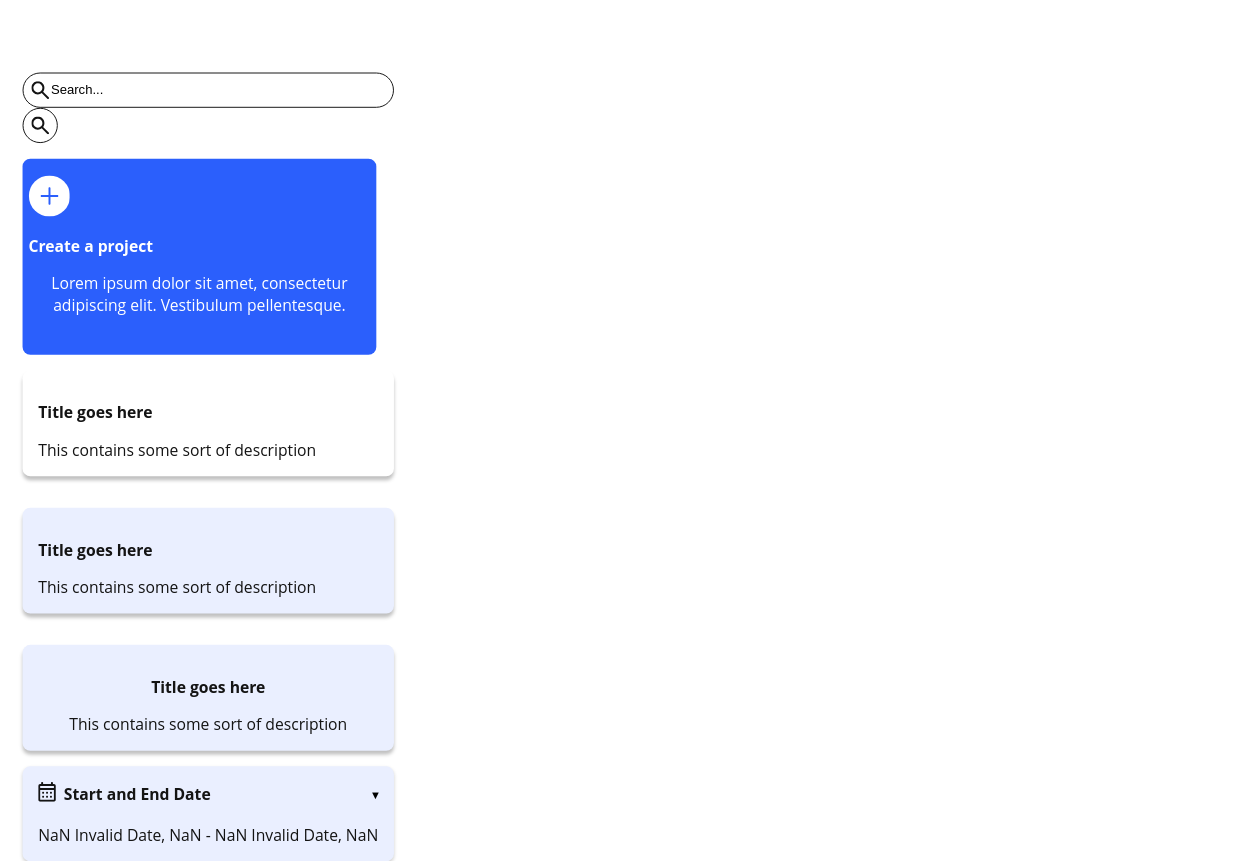
Repository: brunaguarizo/mosaic_app
Page: /
The author's editor kept a copy of each file at every save. The page is drawn from the files as they stood at one save, then again after the next save.
The browser window is 1280 px wide. The pictures show the whole page, at 98% of full size.
The project was rebuilt for these pictures with package versions that can differ from the ones it lists, and the page was loaded fresh each time. The framework's server and built-in components were replaced by stand-ins that run in the browser. Also part of the build but not shown: next.config.mjs, app/_ui/navbar/navbar.js, app/_ui/Button/Button.js, app/_ui/Tag/Tag.js, app/_ui/Project_card/Project_card.js, app/_ui/Date_PopUp/Date_PopUp.module.css, app/_ui/Date_PopUp/Date_PopUp.js.

Above is the page before, as saved 2025-04-18 19:05:28.

### app/globals.css
/* ------------------------------------------------------ GENERAL STYLES ------------------------------------------------------ */
*,
*::before,
*::after {
    box-sizing: inherit;
}

html,
body {
    padding: 0;
    margin: 0;
    font-family: var(--font-family);
    box-sizing: border-box;
}

html {
    display: flex;
    justify-content: center;
    align-items: center;
    width: 393px;
    height: 100%;
    margin: var(--space-regular);
}

.container {
}

.two-column {
    display: grid;
    grid-template-columns: 1fr 1fr;
    gap: var(--space-large);
}

/* ------------------------------------------------------ VARIABLES ------------------------------------------------------ */
:root {
    /* ----- COLORS ----- */
    --blue-primary: rgb(43, 95, 252);
    --blue-50: rgb(234, 239, 255);
    --blue-900: rgb(18, 40, 106);
    --white: #ffffff;
    --black: rgb(20, 20, 20);
    --grey-400: rgb(67, 67, 67);
    --yellow-secondary: rgb(255, 218, 1);
    --orange-secondary: rgb(255, 94, 9);
    --green-secondary: rgb(0, 193, 79);
    --purple-secondary: rgb(154, 65, 255);

    /* ----- TYPE ----- */
    --font-family: "Open Sans", sans-serif;

    --header-xxlarge-size: 88px;
    --title-section-font-size: 30px;
    --button-font-size: 24px;
    --body-text-font-size: 20px;
    --menu-font-size: 16px;
    --label-font-size: 12px;

    --font-style-normal: normal;
    --font-weight-bold: bold;

    --line-height-xxlarge: 100px;
    --line-height-large: 36px;
    --line-height-medium: 28px;
    --line-height-small: 20px;

    /* ----- SPACING ----- */
    --space-small: 8px;
    --space-regular: 16px;
    --space-medium: 32px;
    --space-large: 48px;
    --space-extra-large: 140px;
}

### app/page.module.css
/* NEW PAGE STYLES */
.container {
    margin-top: 200px;
    display: flex;
    flex-direction: column;
}
/* ------------------------ */

.page {
    --gray-rgb: 0, 0, 0;
    --gray-alpha-200: rgba(var(--gray-rgb), 0.08);
    --gray-alpha-100: rgba(var(--gray-rgb), 0.05);

    --button-primary-hover: #383838;
    --button-secondary-hover: #f2f2f2;

    display: grid;
    grid-template-rows: 20px 1fr 20px;
    align-items: center;
    justify-items: center;
    min-height: 100svh;
    padding: 80px;
    gap: 64px;
    font-family: var(--font-geist-sans);
}

@media (prefers-color-scheme: dark) {
    .page {
        --gray-rgb: 255, 255, 255;
        --gray-alpha-200: rgba(var(--gray-rgb), 0.145);
        --gray-alpha-100: rgba(var(--gray-rgb), 0.06);

        --button-primary-hover: #ccc;
        --button-secondary-hover: #1a1a1a;
    }
}

.main {
    display: flex;
    flex-direction: column;
    gap: 32px;
    grid-row-start: 2;
}

.main ol {
    font-family: var(--font-geist-mono);
    padding-left: 0;
    margin: 0;
    font-size: 14px;
    line-height: 24px;
    letter-spacing: -0.01em;
    list-style-position: inside;
}

.main li:not(:last-of-type) {
    margin-bottom: 8px;
}

.main code {
    font-family: inherit;
    background: var(--gray-alpha-100);
    padding: 2px 4px;
    border-radius: 4px;
    font-weight: 600;
}

.ctas {
    display: flex;
    gap: 16px;
}

.ctas a {
    appearance: none;
    border-radius: 128px;
    height: 48px;
    padding: 0 20px;
    border: none;
    border: 1px solid transparent;
    transition: background 0.2s, color 0.2s, border-color 0.2s;
    cursor: pointer;
    display: flex;
    align-items: center;
    justify-content: center;
    font-size: 16px;
    line-height: 20px;
    font-weight: 500;
}

a.primary {
    background: var(--foreground);
    color: var(--background);
    gap: 8px;
}

a.secondary {
    border-color: var(--gray-alpha-200);
    min-width: 158px;
}

.footer {
    grid-row-start: 3;
    display: flex;
    gap: 24px;
}

.footer a {
    display: flex;
    align-items: center;
    gap: 8px;
}

.footer img {
    flex-shrink: 0;
}

/* Enable hover only on non-touch devices */
@media (hover: hover) and (pointer: fine) {
    a.primary:hover {
        background: var(--button-primary-hover);
        border-color: transparent;
    }

    a.secondary:hover {
        background: var(--button-secondary-hover);
        border-color: transparent;
    }

    .footer a:hover {
        text-decoration: underline;
        text-underline-offset: 4px;
    }
}

@media (max-width: 600px) {
    .page {
        padding: 32px;
        padding-bottom: 80px;
    }

    .main {
        align-items: center;
    }

    .main ol {
        text-align: center;
    }

    .ctas {
        flex-direction: column;
    }

    .ctas a {
        font-size: 14px;
        height: 40px;
        padding: 0 16px;
    }

    a.secondary {
        min-width: auto;
    }

    .footer {
        flex-wrap: wrap;
        align-items: center;
        justify-content: center;
    }
}

@media (prefers-color-scheme: dark) {
    .logo {
        filter: invert();
    }
}

### app/_ui/navbar/navbar.module.css

.nav {
    width: 393px;
    height: 72px;
    justify-content: center;
    align-items: center;
    display: flex;
    flex-direction: row;
    padding: 0;
    margin: 0;
    gap: var(--space-large);
    border-top: 1px solid var(--grey-50);
}

.navbar__item {
    display: flex;
    flex-direction: column;
    justify-content: center;
    align-items: center;
    gap: 4px;
    text-decoration: none;
    width: 60px;
    height: 44px;
    padding-left: 32px;
    padding-right: 32px;
    margin: 0;
}

.navbar__icon {
    max-width: 16px;
    padding: 0;
    margin: 0;
    fill: var(--black);
}

.navbar__text {
    color: var(--black);
    font-size: var(--label-font-size);
    font-weight: var(--font-weight-400);
    line-height: var(--line-height-small);
    text-decoration: none;
    padding: 0;
    margin: 0;
}

.navbar__item:hover .navbar__text,
.navbar__item:hover .navbar__icon,
.navbar__item:active .navbar__text,
.navbar__item:active .navbar__icon {
  color: var(--blue-primary);
  fill: var(--blue-primary);
}

/* ------------------------------------------------------ VARIABLES ------------------------------------------------------ */
:root {
    /* ----- COLORS ----- */
    --blue-primary: rgb(43,95,252);
    --blue-50: rgb(234, 239, 255);
    --blue-900: rgb(18, 40, 106);
    --white: #FFFFFF;
    --grey-50: #E8E8E8;
    --black: rgb(20, 20, 20);
    --grey-400: rgb(67, 67, 67);
    --yellow-secondary: rgb(255, 218, 1);
    --orange-secondary: rgb(255, 94, 9);
    --green-secondary: rgb(0, 193, 79);
    --purple-secondary: rgb(154, 65, 255);

    /* ----- TYPE ----- */
    --font-family: "Open Sans", sans-serif;

    --header-xxlarge-size: 88px;
    --title-section-font-size: 30px;
    --button-font-size: 24px;
    --body-text-font-size: 20px;
    --menu-font-size: 16px;
    --label-font-size: 12px;

    --font-style-normal: normal;
    --font-weight-bold: bold;

    --line-height-xxlarge: 100px;
    --line-height-large: 36px;
    --line-height-medium: 28px;
    --line-height-small: 20px;

    /* ----- SPACING ----- */
    --space-small: 8px;
    --space-regular: 16px;
    --space-medium: 32px;
    --space-large: 48px;
    --space-extra-large: 88px;
  }

### app/_ui/Project_card/Project_card.module.css
.card__container {
    display: flex;
    flex-direction: column;
    justify-content: center;
    align-items: center;
    background-color: var(--blue-50);
    border-radius: var(--space-small);
    padding: var(--space-regular);
    gap: var(--space-regular);
}

.card__menu {
    width: 100%;
    display: flex;
    justify-content: flex-end;
    padding: 0;
    margin: 0;
}

.card__icon {
    fill: var(--blue-primary);
    padding: 0;
    margin: 0;

    &:hover {
        fill: var(--blue-900);
    }
}

.card__title {
    font-family: var(--font-family);
    font-size: var(--font-size-regular);
    font-weight: var(--font-weight-bold);
    color: var(--black);
    padding: 0;
    margin: 0;
}

.card__text {
    font-family: var(--font-family);
    font-size: var(--font-size-small);
    font-weight: var(--font-weight-regular);
    color: var(--black);
    text-align: center;
    padding: 0;
    margin: 0;
    max-width: 220px;
}

.date {
    display: flex;
    align-items: center;
    gap: var(--space-small);
    padding: 0;
    margin: 0;
}

.date__icon {
    fill: var(--black);
    padding: 0;
    margin: 0;
}

/* ------------------------------------------------------ VARIABLES ------------------------------------------------------ */
:root {
    /* ----- COLORS ----- */
    --blue-primary: rgb(43, 95, 252);
    --blue-50: rgb(234, 239, 255);
    --blue-100: #bdcdfe;
    --blue-900: rgb(18, 40, 106);
    --white: #ffffff;
    --black: rgb(20, 20, 20);
    --grey-400: rgb(67, 67, 67);
    --yellow-secondary: rgb(255, 218, 1);
    --orange-secondary: rgb(255, 94, 9);
    --green-secondary: rgb(0, 193, 79);
    --purple-secondary: rgb(154, 65, 255);

    /* ----- TYPE ----- */
    --font-family: "Open Sans", sans-serif;

    --font-size-extra-large: 30px;
    --font-size-large: 24px;
    --font-size-medium: 20px;
    --font-size-regular: 16px;
    --font-size-small: 12px;

    --font-style-normal: normal;
    --font-weight-bold: bold;

    --line-height-xxlarge: 100px;
    --line-height-large: 36px;
    --line-height-medium: 28px;
    --line-height-small: 20px;

    /* ----- SPACING ----- */
    --space-small: 8px;
    --space-regular: 16px;
    --space-medium: 32px;
    --space-large: 48px;
    --space-extra-large: 140px;
}

### app/_ui/Button/Button.module.css
.button {
    font-family: var(--font-family);
    font-size: var(--font-size-regular);
    font-weight: var(--font-weight-bold);
    width: 100%;
    padding-top: var(--space-small);
    padding-left: var(--space-regular);
    padding-right: var(--space-regular);
    padding-bottom: var(--space-small);
    border-radius: 100px;
    align-items: center;
    border: none;

    &:hover {
        background-color: var(--blue-900);
        color: var(--white);
    }
}

.primary {
    background: var(--blue-primary);
    color: var(--white);
}

.secondary {
    background-color: var(--white);
    border: 1px solid var(--blue-primary);
    color: var(--blue-primary);
}

.disabled {
    pointer-events: none;
    color: var(--white);
    background-color: var(--blue-100);
}

.small {
    font-size: var(--font-size-small);
    padding: var(--space-small);
    align-items: center;
}

.large {
    font-size: var(--font-size-large);
    padding: var(--space-regular);
}

.error {
    background-color: var(--orange-secondary);
}

/* ------------------------------------------------------ VARIABLES ------------------------------------------------------ */
:root {
    /* ----- COLORS ----- */
    --blue-primary: rgb(43, 95, 252);
    --blue-50: rgb(234, 239, 255);
    --blue-100: #bdcdfe;
    --blue-900: rgb(18, 40, 106);
    --white: #ffffff;
    --black: rgb(20, 20, 20);
    --grey-400: rgb(67, 67, 67);
    --yellow-secondary: rgb(255, 218, 1);
    --orange-secondary: rgb(255, 94, 9);
    --green-secondary: rgb(0, 193, 79);
    --purple-secondary: rgb(154, 65, 255);

    /* ----- TYPE ----- */
    --font-family: "Open Sans", sans-serif;

    --font-size-extra-large: 30px;
    --font-size-large: 24px;
    --font-size-medium: 20px;
    --font-size-regular: 16px;
    --font-size-small: 12px;

    --font-style-normal: normal;
    --font-weight-bold: bold;

    --line-height-xxlarge: 100px;
    --line-height-large: 36px;
    --line-height-medium: 28px;
    --line-height-small: 20px;

    /* ----- SPACING ----- */
    --space-small: 8px;
    --space-regular: 16px;
    --space-medium: 32px;
    --space-large: 48px;
    --space-extra-large: 140px;
}

### app/_ui/Date_Card/Date_Card.module.css
.card {
    background-color: var(--blue-50);
    border-radius: var(--space-small);
    padding: var(--space-regular);
    gap: var(--space-regular);
    box-shadow: 0 2px 4px rgba(0, 0, 0, 0.2);
    font-family: var(--font-family);
    cursor: pointer;
    display: flex;
    flex-direction: column;
    width: fit-content;
}

.header {
    display: flex;
    align-items: center;
    gap: var(--space-small);
    font-size: var(--font-size-regular);
    font-weight: var(--font-weight-bold);
    color: var(--black);
}

.label {
    flex-grow: 1;
}

.arrow {
    font-size: var(--font-size-small);
    color: black;
}

.arrow:hover {
    font-size: var(--font-size-small);
    color: var(--blue-primary);
}

.dateRange {
    margin-top: 2px;
    font-size: var(--font-size-regular);
    color: var(--black);
}

/* ------------------------------------------------------ VARIABLES ------------------------------------------------------ */
:root {
    /* ----- COLORS ----- */
    --blue-primary: rgb(43, 95, 252);
    --blue-50: rgb(234, 239, 255);
    --blue-100: #bdcdfe;
    --blue-900: rgb(18, 40, 106);
    --white: #ffffff;
    --black: rgb(20, 20, 20);
    --grey-400: rgb(67, 67, 67);
    --yellow-secondary: rgb(255, 218, 1);
    --orange-secondary: rgb(255, 94, 9);
    --green-secondary: rgb(0, 193, 79);
    --purple-secondary: rgb(154, 65, 255);

    /* ----- TYPE ----- */
    --font-family: "Open Sans", sans-serif;

    --font-size-extra-large: 30px;
    --font-size-large: 24px;
    --font-size-medium: 20px;
    --font-size-regular: 16px;
    --font-size-small: 12px;

    --font-style-normal: normal;
    --font-weight-bold: bold;

    --line-height-xxlarge: 100px;
    --line-height-large: 36px;
    --line-height-medium: 28px;
    --line-height-small: 20px;

    /* ----- SPACING ----- */
    --space-small: 8px;
    --space-regular: 16px;
    --space-medium: 32px;
    --space-large: 48px;
    --space-extra-large: 140px;
}

### app/_ui/Create_Project_Button/Create_Project_Button.module.css
.button_background {
    background-color: var(--blue-primary);
    border-radius: var(--space-small);
    border: none;
    width: 361px;
    height: 200px;
    display: flex;
    flex-direction: column;
    margin-top: var(--space-regular);
}

.button_icon {
    width: 42px;
    height: 42px;
    align-self: center;
    box-sizing: content-box;
    margin-top: var(--space-regular);
}

.button_heading {
    text-align: center;
    font-family: "Open Sans", sans-serif;
    font-size: var(--menu-font-size);
    font-weight: var(--font-weight-bold);
    color: white;
    padding: 0px;
    border: 0px;
    margin-top: var(--space-regular);
    margin-bottom: 0px;
}

.button_description {
    font-family: "Open Sans", sans-serif;
    font-size: var(--menu-font-size);
    font-style: var(--font-weight-normal);
    color: white;
    border: 0px;
    padding: 0px;
    margin-top: var(--space-regular);
    margin-bottom: 0px;
}
/* ------------------------------------------------------ VARIABLES ------------------------------------------------------ */
:root {
    /* ----- COLORS ----- */
    --blue-primary: rgb(43, 95, 252);
    --blue-50: rgb(234, 239, 255);
    --blue-900: rgb(18, 40, 106);
    --white: #ffffff;
    --grey-50: #e8e8e8;
    --black: rgb(20, 20, 20);
    --grey-400: rgb(67, 67, 67);
    --yellow-secondary: rgb(255, 218, 1);
    --orange-secondary: rgb(255, 94, 9);
    --green-secondary: rgb(0, 193, 79);
    --purple-secondary: rgb(154, 65, 255);

    /* ----- TYPE ----- */
    --font-family: "Open Sans", sans-serif;

    --header-xxlarge-size: 88px;
    --title-section-font-size: 30px;
    --button-font-size: 24px;
    --body-text-font-size: 20px;
    --menu-font-size: 16px;
    --label-font-size: 12px;

    --font-style-normal: normal;
    --font-weight-bold: bold;

    --line-height-xxlarge: 100px;
    --line-height-large: 36px;
    --line-height-medium: 28px;
    --line-height-small: 20px;

    /* ----- SPACING ----- */
    --space-small: 8px;
    --space-regular: 16px;
    --space-medium: 32px;
    --space-large: 48px;
    --space-extra-large: 140px;
}

### app/_ui/Search_Bar/Search_Bar.module.css
.primary {
    border: 1px solid var(--black);
    padding: 8px;
    box-sizing: content-box;
    display: flex;
    flex-direction: row;
    border-radius: 100px;
}

.secondary {
    border: 1px solid var(--black);
    border-radius: 100px;
    width: 18px;
}

.visible {
    border: none;
}
.invisible {
    display: none;
}

.search_item {
    border: none;
}

.search_item:focus {
    outline: none;
    box-shadow: none;
}

/* ------------------------------------------------------ VARIABLES ------------------------------------------------------ */
:root {
    /* ----- COLORS ----- */
    --blue-primary: rgb(43, 95, 252);
    --blue-50: rgb(234, 239, 255);
    --blue-900: rgb(18, 40, 106);
    --white: #ffffff;
    --grey-50: #e8e8e8;
    --black: rgb(20, 20, 20);
    --grey-400: rgb(67, 67, 67);
    --yellow-secondary: rgb(255, 218, 1);
    --orange-secondary: rgb(255, 94, 9);
    --green-secondary: rgb(0, 193, 79);
    --purple-secondary: rgb(154, 65, 255);

    /* ----- TYPE ----- */
    --font-family: "Open Sans", sans-serif;

    --header-xxlarge-size: 88px;
    --title-section-font-size: 30px;
    --button-font-size: 24px;
    --body-text-font-size: 20px;
    --menu-font-size: 16px;
    --label-font-size: 12px;

    --font-style-normal: normal;
    --font-weight-bold: bold;

    --line-height-xxlarge: 100px;
    --line-height-large: 36px;
    --line-height-medium: 28px;
    --line-height-small: 20px;

    /* ----- SPACING ----- */
    --space-small: 8px;
    --space-regular: 16px;
    --space-medium: 32px;
    --space-large: 48px;
    --space-extra-large: 140px;
}

### app/_ui/Heading_Bar/Heading_Bar.module.css
.contentInner {
    display: flex;
    flex-direction: column;
    gap: 16px;
}

.row {
    display: flex;
    align-items: center;
}

.heading {
    flex-grow: 1;
    text-align: center;
    font-weight: 500;
    font-size: var(--button-font-size);
}

.icon {
    color: var(--blue-50);
    display: flex;
    align-items: center;
    justify-content: center;
}
.visible {
    display: flex;
}

.hidden {
    display: none;
}

.iconButton {
    background: none;
    border: none;
    cursor: pointer;
    color: var(--blue-50);
    display: flex;
    align-items: center;
    justify-content: center;
    padding: 4px;
}

.iconButton:hover {
    background-color: var(--blue-50);
    border-radius: 50%;
}

.pagination {
    flex-grow: 1;
    text-align: right;
    color: var(--black);
    font-size: 14px;
    padding-right: 8px;
}
/* ------------------------------------------------------ VARIABLES ------------------------------------------------------ */
:root {
    /* ----- COLORS ----- */
    --blue-primary: rgb(43, 95, 252);
    --blue-50: rgb(234, 239, 255);
    --blue-900: rgb(18, 40, 106);
    --white: #ffffff;
    --grey-50: #e8e8e8;
    --black: rgb(20, 20, 20);
    --grey-400: rgb(67, 67, 67);
    --yellow-secondary: rgb(255, 218, 1);
    --orange-secondary: rgb(255, 94, 9);
    --green-secondary: rgb(0, 193, 79);
    --purple-secondary: rgb(154, 65, 255);

    /* ----- TYPE ----- */
    --font-family: "Open Sans", sans-serif;

    --header-xxlarge-size: 88px;
    --title-section-font-size: 30px;
    --button-font-size: 24px;
    --body-text-font-size: 20px;
    --menu-font-size: 16px;
    --label-font-size: 12px;

    --font-style-normal: normal;
    --font-weight-bold: bold;

    --line-height-xxlarge: 100px;
    --line-height-large: 36px;
    --line-height-medium: 28px;
    --line-height-small: 20px;

    /* ----- SPACING ----- */
    --space-small: 8px;
    --space-regular: 16px;
    --space-medium: 32px;
    --space-large: 48px;
    --space-extra-large: 140px;
}

### app/_ui/Tag/Tag.module.css
.tag {
    font-family: var(--font-family);
    font-size: var(--font-size-small);
    font-weight: var(--font-weight-regular);
    width: 80px;
    padding: var(--space-extra-small);
    border-radius: 100px;
    border: none;
    background-color: var(--orange-secondary);

    display: flex;
    justify-content: center;
    align-items: center;
    text-align: center;
}

/* ------------------------------------------------------ VARIABLES ------------------------------------------------------ */
:root {
    /* ----- COLORS ----- */
    --blue-primary: rgb(43, 95, 252);
    --blue-50: rgb(234, 239, 255);
    --blue-100: #bdcdfe;
    --blue-900: rgb(18, 40, 106);
    --white: #ffffff;
    --black: rgb(20, 20, 20);
    --grey-400: rgb(67, 67, 67);
    --yellow-secondary: rgb(255, 218, 1);
    --orange-secondary: rgb(255, 94, 9);
    --green-secondary: rgb(0, 193, 79);
    --purple-secondary: rgb(154, 65, 255);

    /* ----- TYPE ----- */
    --font-family: "Open Sans", sans-serif;

    --font-size-extra-large: 30px;
    --font-size-large: 24px;
    --font-size-medium: 20px;
    --font-size-regular: 16px;
    --font-size-small: 12px;

    --font-style-normal: normal;
    --font-weight-bold: bold;

    --line-height-xxlarge: 100px;
    --line-height-large: 36px;
    --line-height-medium: 28px;
    --line-height-small: 20px;

    /* ----- SPACING ----- */
    --space-extra-small: 4px;
    --space-small: 8px;
    --space-regular: 16px;
    --space-medium: 32px;
    --space-large: 48px;
    --space-extra-large: 140px;
}

Loaded but not shown: app/layout.js (common file); app/_ui/Heading_Bar/Heading_Bar.js (110 lines, source omitted); app/_ui/Date_Card/Date_Card.js (50 lines, source omitted); app/_ui/Search_Bar/Search_Bar.js (36 lines, source omitted); app/_ui/Create_Project_Button/Create_Project_Button.js (38 lines, source omitted); app/page.js (41 lines, source omitted); app/_ui/Description_Box/Description_Box.js (18 lines, source omitted); app/_ui/Description_Box/Description_Box.module.css (94 lines, source omitted)

After the next save:
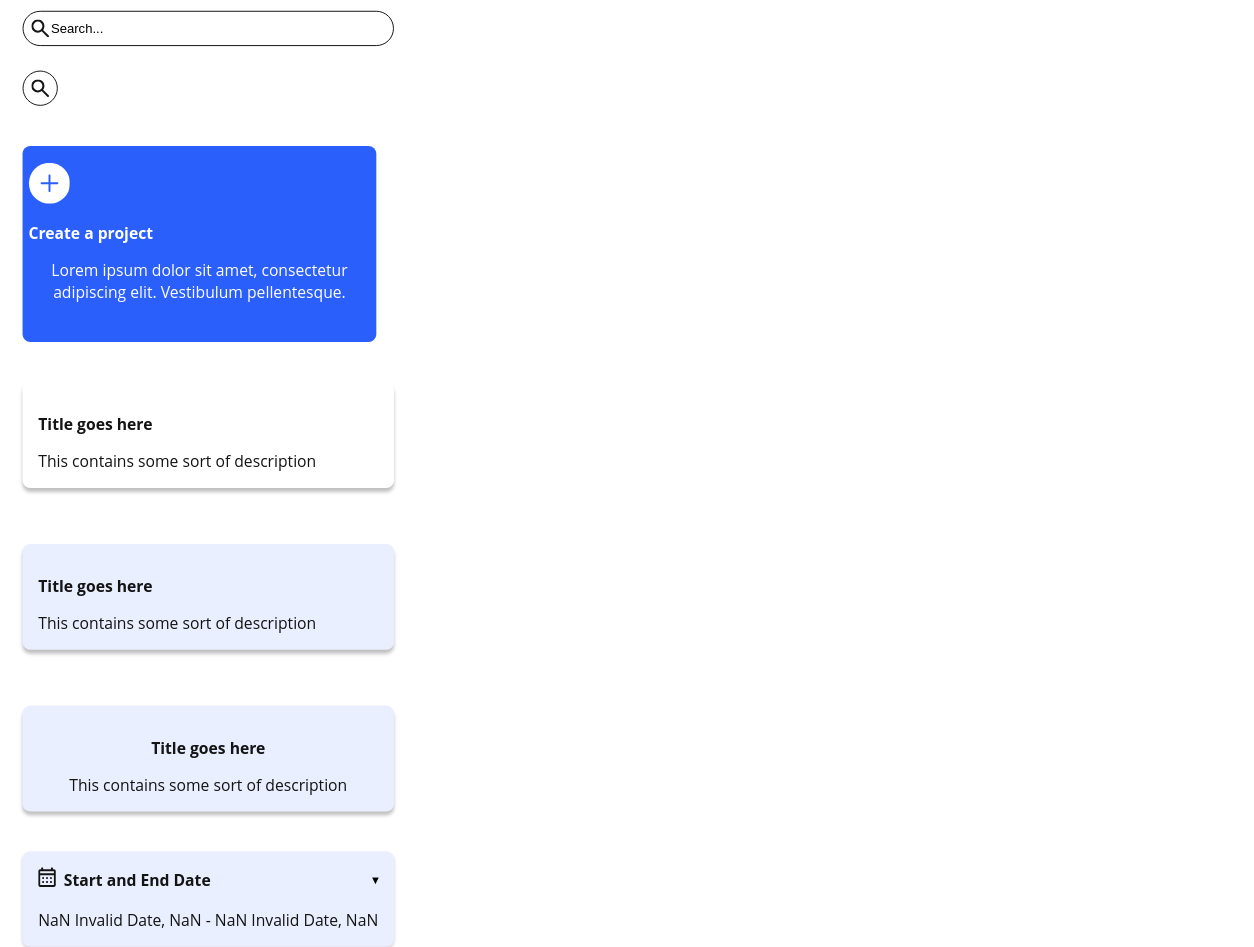
Saved 13 s later.
--- a/app/page.module.css
+++ b/app/page.module.css
@@ -3,6 +3,7 @@
     margin-top: 200px;
     display: flex;
     flex-direction: column;
+    gap: 25px;
 }
 /* ------------------------ */
 
